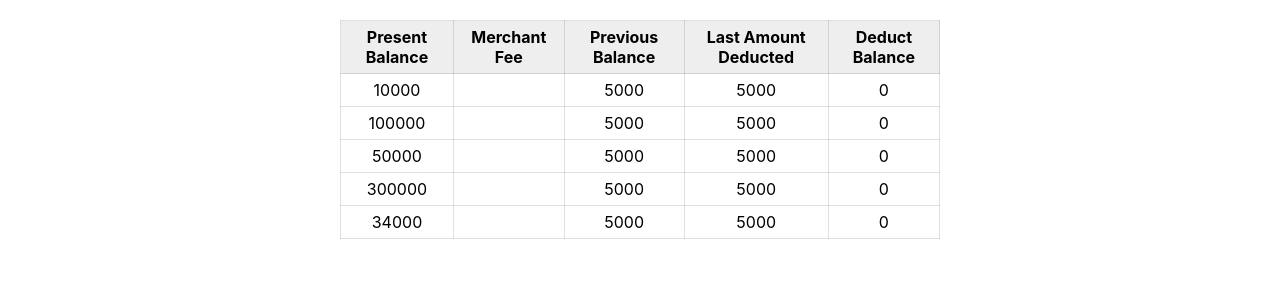
Repository: Anubhavgarg/pomelopay
Page: / (app in my-app/)
An editor plug-in stored every save of this project. The page is shown before and after the next save, followed by the edit.
The browser window is 1280 px wide. The pictures show the whole page.
The project was rebuilt for these pictures with package versions that can differ from the ones it lists, and the page was loaded fresh each time.

Above is the page before, as saved 2020-02-22 00:22:17.

After the next save:
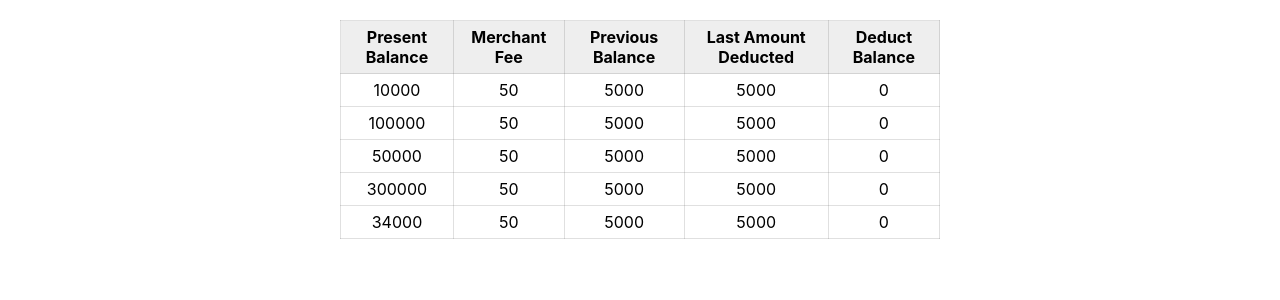
Saved 34 s later.
--- a/my-app/src/App.js
+++ b/my-app/src/App.js
@@ -31,7 +31,7 @@ function App() {
               return (
                 <tr key={item.id}>
                     <td>{item.presentBalance}</td>
-                  <td>{item.merhantFee}</td>
+                  <td>{item.merchantFee}</td>
                   <td>{item.previousBalance}</td>
                   <td>{item.lastAmountDeducted}</td>
                   <td>{item.deductBalance}</td>
